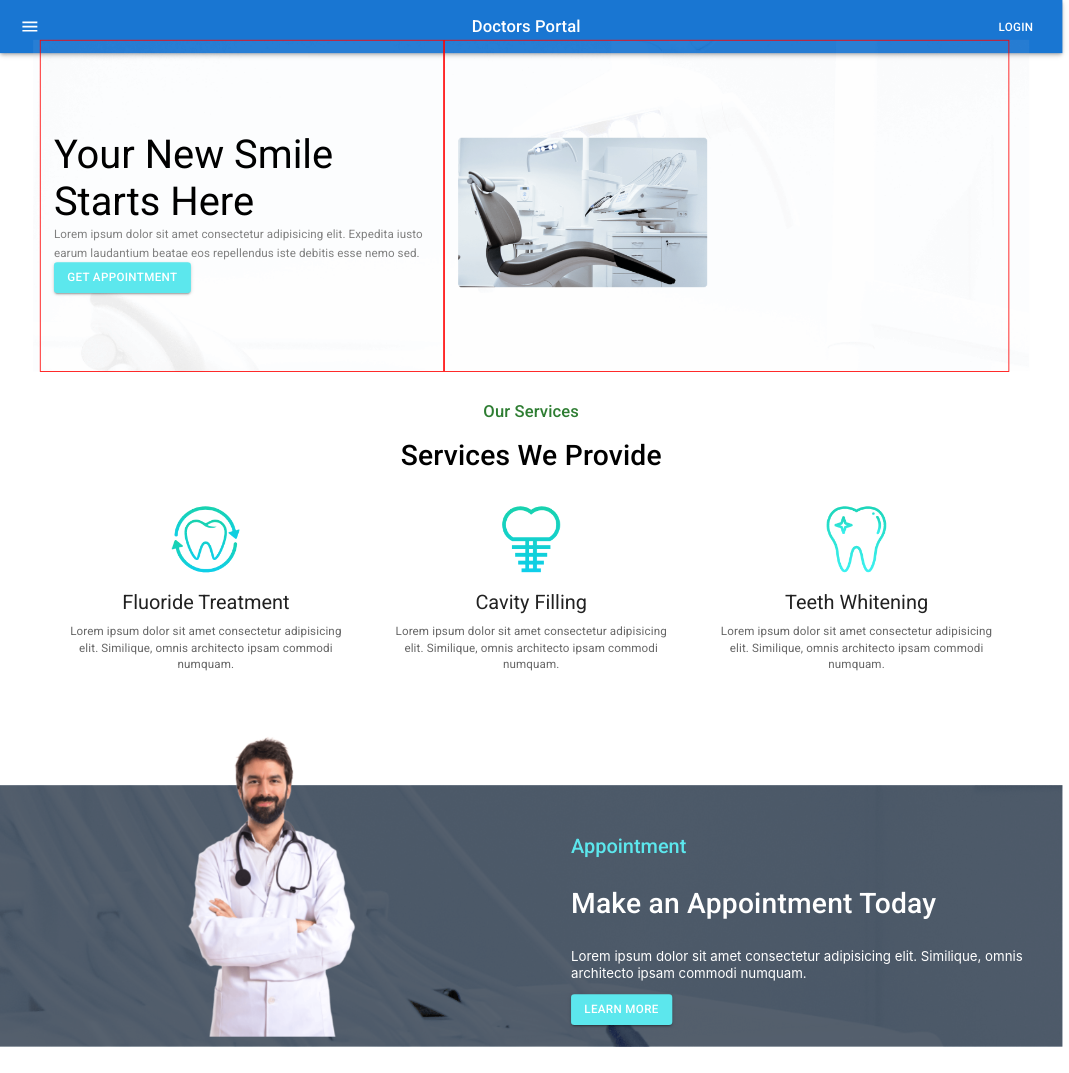
Repository: Sharif-00112/doctors-portal-client
Page: /
These files come from the project's save history. The page is drawn as it stood at one moment and after the next save; the edit follows.
The browser window is 1280 px wide. The page is 1288 px wide, so the pictures cover 1288 px, including what lies to the right of the window. The pictures show the whole page, at 83% of full size.
The project was rebuilt for these pictures with package versions that can differ from the ones it lists, and the page was loaded fresh each time.

Above is the page before, as saved 2022-11-01 22:38:11.

### public/index.html
<!DOCTYPE html>
<html lang="en">
  <head>
    <meta charset="utf-8" />
    <link rel="icon" href="%PUBLIC_URL%/favicon.ico" />
    <meta name="viewport" content="width=device-width, initial-scale=1" />
    <meta name="theme-color" content="#000000" />
    <meta
      name="description"
      content="Web site created using create-react-app"
    />
    <link
      rel="stylesheet" href="https://fonts.googleapis.com/css?family=Roboto:300,400,500,700&display=swap"
    />

    <link rel="apple-touch-icon" href="%PUBLIC_URL%/logo192.png" />
    <!--
      manifest.json provides metadata used when your web app is installed on a
      user's mobile device or desktop. See https://developers.google.com/web/fundamentals/web-app-manifest/
    -->
    <link rel="manifest" href="%PUBLIC_URL%/manifest.json" />
    <!--
      Notice the use of %PUBLIC_URL% in the tags above.
      It will be replaced with the URL of the `public` folder during the build.
      Only files inside the `public` folder can be referenced from the HTML.

      Unlike "/favicon.ico" or "favicon.ico", "%PUBLIC_URL%/favicon.ico" will
      work correctly both with client-side routing and a non-root public URL.
      Learn how to configure a non-root public URL by running `npm run build`.
    -->
    <title>React App</title>
  </head>
  <body>
    <noscript>You need to enable JavaScript to run this app.</noscript>
    <div id="root"></div>
    <!--
      This HTML file is a template.
      If you open it directly in the browser, you will see an empty page.

      You can add webfonts, meta tags, or analytics to this file.
      The build step will place the bundled scripts into the <body> tag.

      To begin the development, run `npm start` or `yarn start`.
      To create a production bundle, use `npm run build` or `yarn build`.
    -->
  </body>
</html>

### src/App.js
import './App.css';
import { BrowserRouter as Router, Route, Routes} from 'react-router-dom';
import Home from './Pages/Home/Home/Home';

function App() {
  return (
    <div className="App">
      <Router>
        {/* <Header></Header> */}
        <Routes>
          <Route exact path = '/' element={<Home/>}/>
          <Route exact path = '/home' element={<Home/>}/>
          <Route exact path = '*' element={<Home/>}/>
        </Routes>
        {/* <Footer></Footer> */}
      </Router>
    </div>
  );
}

export default App;

### src/Pages/Home/Home/Home.js
import React from 'react';
import Navigation from '../../Shared/Navigation/Navigation';
import AppointmentBanner from '../AppointmentBanner/AppointmentBanner';
import Banner from '../Banner/Banner';
import Services from '../Services/Services';

const Home = () => {
    return (
        <div>
            {/* <h2>This is Home</h2> */}
            <Navigation></Navigation>
            <Banner></Banner>
            <Services></Services>
            <AppointmentBanner></AppointmentBanner>
        </div>
    );
};

export default Home;

### src/Pages/Shared/Navigation/Navigation.js
import React from 'react';
import AppBar from '@mui/material/AppBar';
import Box from '@mui/material/Box';
import Toolbar from '@mui/material/Toolbar';
import Typography from '@mui/material/Typography';
import Button from '@mui/material/Button';
import IconButton from '@mui/material/IconButton';
import MenuIcon from '@mui/icons-material/Menu';

const Navigation = () => {
    return (
        <div>
            <Box sx={{ flexGrow: 1 }}>
                <AppBar position="static">
                    <Toolbar>
                        <IconButton
                            size="large"
                            edge="start"
                            color="inherit"
                            aria-label="menu"
                            sx={{ mr: 2 }}
                        >
                            <MenuIcon />
                        </IconButton>
                        <Typography variant="h6" component="div" sx={{ flexGrow: 1 }}>
                            Doctors Portal
                        </Typography>
                        <Button color="inherit">Login</Button>
                    </Toolbar>
                </AppBar>
            </Box>
        </div>
    );
};

export default Navigation;

### src/Pages/Home/AppointmentBanner/AppointmentBanner.js
import React from 'react';
import Box from '@mui/material/Box';
import Grid from '@mui/material/Unstable_Grid2';
import Typography from '@mui/material/Typography';

import doctor from '../../../images/images/doctor.png'
import bg from '../../../images/images/appointment-bg.png'
import { Button } from '@mui/material';

const appointmentBanner = {
    background: `url(${bg})`,
    marginTop: 100,
    backgroundColor: 'rgba(45, 58, 74, 0.8)',
    backgroundBlendMode: 'darken, luminosity'
}

const AppointmentBanner = () => {
    return (
        <div>
            <Box style={appointmentBanner} sx={{ flexGrow: 1, mb:5 }}>
                <Grid container spacing={2}>
                    <Grid xs={12} md={6}>
                        <img
                           style={{width: 400, marginTop: '-105px' }}
                        src={doctor} alt="" />
                    </Grid>

                    <Grid xs={12} md={6} sx={{
                        display: 'flex',
                        justifyContent: 'flex-start',
                        textAlign: 'left',
                        alignItems: 'center'
                        }}>
                        <Box sx={{pl: 5}}>
                            <Typography sx={{ mb: 2, mt: 4, fontWeight: 500 }} style={{color: '#5CE7ED'}} variant="h5" component="div">
                                Appointment
                            </Typography>
                            <Typography sx={{ mb: 2, mt: 4, fontWeight: 500 }} style={{color: 'white'}} variant="h4" component="div">
                                Make an Appointment Today
                            </Typography>
                            <Typography sx={{ mb: 2, mt: 4 }} style={{color: 'white'}} variant="" component="div">
                                Lorem ipsum dolor sit amet consectetur adipisicing elit. Similique, omnis architecto ipsam commodi numquam.
                            </Typography>
                            <Button variant="contained" style={{backgroundColor: '#5CE7ED'}}>Learn More</Button>
                        </Box>
                    </Grid>
                </Grid>
            </Box>
        </div>
    );
};

export default AppointmentBanner;

### src/Pages/Home/Banner/Banner.js
import React from 'react';
import Grid from '@mui/material/Grid';
import Typography from '@mui/material/Typography';
import { Box, Button, Container } from '@mui/material';

import chair from '../../../images/images/chair.png'
import bnBg from '../../../images/images/bg.png'

const bannerBg = {
    background: `url(${bnBg})`
}

const verticalCenter = {
    display: 'flex',
    alignItems: 'center',
    border: '1px solid red',
    height: 400
}

const Banner = () => {
    return (
        <div>
            <Container style={bannerBg} sx={{ flexGrow: 1 }}>
                <Grid container spacing={2}>
                    <Grid item style={{ ...verticalCenter, textAlign: 'left'}} xs={12} md={5}>
                        <Box>
                            <Typography sx={{ }} style={{color: 'black'}} variant="h3" component="div">
                                Your New Smile <br />
                                Starts Here
                            </Typography>
                            <Typography sx={{ fontSize: 14, fontWeight: 400, color: 'gray'}} variant="h6" component="div">
                                Lorem ipsum dolor sit amet consectetur adipisicing elit. Expedita iusto earum laudantium beatae eos repellendus iste debitis esse nemo sed.
                            </Typography>
                            <Button variant="contained" style={{backgroundColor: '#5CE7ED'}}>Get Appointment</Button>
                        </Box>
                    </Grid>
                    <Grid item xs={12} md={7} style={verticalCenter}>
                        <img style={{ width: '300px'}} src={chair} alt="" />
                    </Grid>
                </Grid>
            </Container>
        </div>
    );
};

export default Banner;

### src/Pages/Home/Services/Services.js
import React from 'react';
import Box from '@mui/material/Box';
import Grid from '@mui/material/Unstable_Grid2';
import Typography from '@mui/material/Typography';
import { Container } from '@mui/material';
import Service from '../Service/Service';

import fluoride from '../../../images/images/fluoride.png';
import cavity from '../../../images/images/cavity.png'
import whitening from '../../../images/images/whitening.png'

const services = [
    {
        name: 'Fluoride Treatment',
        description: 'Lorem ipsum dolor sit amet consectetur adipisicing elit. Similique, omnis architecto ipsam commodi numquam.',
        img: fluoride
    },
    {
        name: 'Cavity Filling',
        description: 'Lorem ipsum dolor sit amet consectetur adipisicing elit. Similique, omnis architecto ipsam commodi numquam.',
        img: cavity
    },
    {
        name: 'Teeth Whitening',
        description: 'Lorem ipsum dolor sit amet consectetur adipisicing elit. Similique, omnis architecto ipsam commodi numquam.',
        img: whitening
    }
]

const Services = () => {
    return (
        <div>
            <Box sx={{ flexGrow: 1 }}>
                <Container>
                    <Typography sx={{ mb: 2, mt: 4, fontWeight: 500, color: 'success.main' }} variant="h6" component="div">
                        Our Services
                    </Typography>
                    <Typography sx={{ mb: 3, fontWeight: 500 }} variant="h4" component="div">
                        Services We Provide
                    </Typography>

                    <Grid container spacing={{ xs: 2, md: 3 }} columns={{ xs: 4, sm: 8, md: 12 }}>
                        {
                            services.map(service => (
                                <Grid xs={2} sm={4} md={4} key={service.name}>
                                <Service
                                    key = {service.name}
                                    service = {service}
                                ></Service>
                            </Grid>
                            ))
                        }
                    </Grid>
                </Container>
            </Box>
        </div>
    );
};

export default Services;

### src/Pages/Home/Service/Service.js
import React from 'react';
import Card from '@mui/material/Card';
// import CardActions from '@mui/material/CardActions';
import CardContent from '@mui/material/CardContent';
// import Button from '@mui/material/Button';
import Typography from '@mui/material/Typography';
import CardMedia from '@mui/material/CardMedia';

const Service = (props) => {
    const {name, description, img} = props.service
    return (
        <div>
            <Card sx={{ minWidth: 275, border: 0, boxShadow: 0, mt: 1.5 }}>
                <CardMedia
                    component="img"
                    style={{width: 'auto', height: '80px', margin: '4px auto'}}
                    image={img}
                    alt={name}
                />
                <CardContent>
                    <Typography sx={{ mb: 1 }} variant="h5" component="div">
                        {name}
                    </Typography>
                    <Typography sx={{ mb: 1.5 }} variant="body2" color="text.secondary">
                        {description}
                    </Typography>
                </CardContent>
                {/* <CardActions>
                    <Button size="small">Learn More</Button>
                </CardActions> */}
            </Card>
        </div>
    );
};

export default Service;

Loaded but not shown: src/index.js (common file); src/index.css (common file); src/reportWebVitals.js (common file); src/App.css (common file)

After the next save:
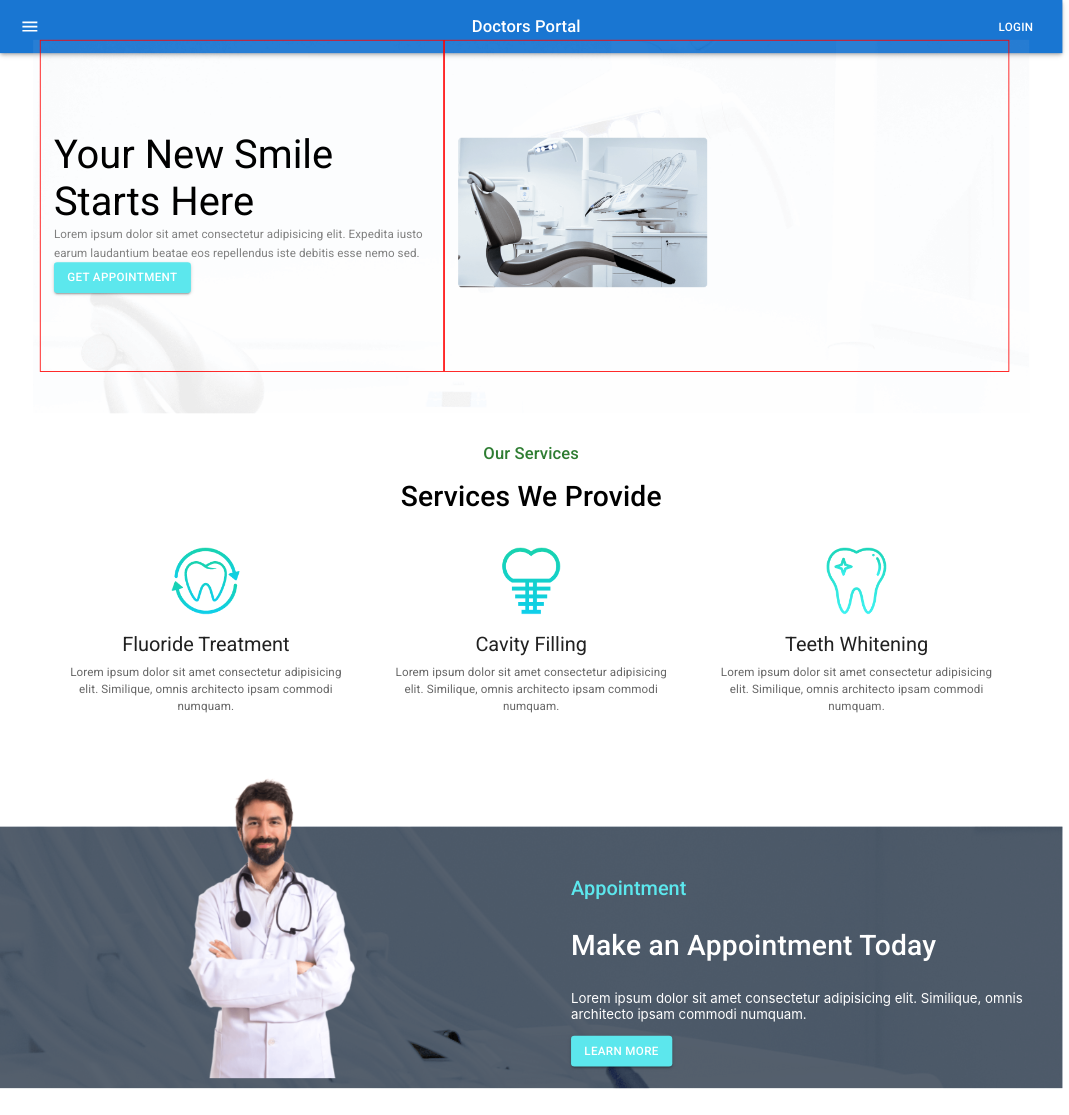
Saved 34 s later.
--- a/src/Pages/Home/Banner/Banner.js
+++ b/src/Pages/Home/Banner/Banner.js
@@ -7,7 +7,8 @@
 import bnBg from '../../../images/images/bg.png'
 
 const bannerBg = {
-    background: `url(${bnBg})`
+    background: `url(${bnBg})`,
+    height: 450
 }
 
 const verticalCenter = {

After the save that followed:
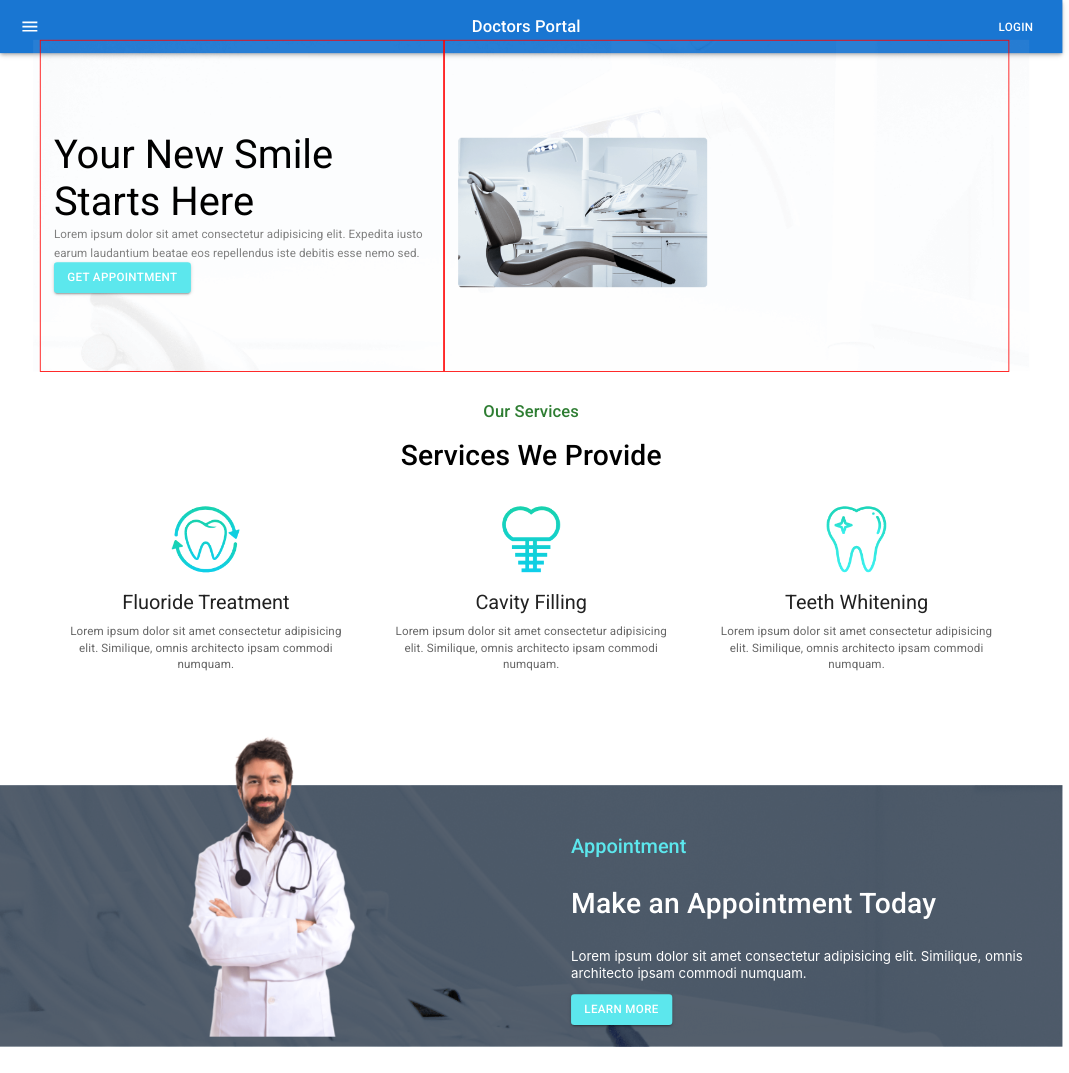
Saved 18 s later.
--- a/src/Pages/Home/Banner/Banner.js
+++ b/src/Pages/Home/Banner/Banner.js
@@ -7,8 +7,7 @@
 import bnBg from '../../../images/images/bg.png'
 
 const bannerBg = {
-    background: `url(${bnBg})`,
-    height: 450
+    background: `url(${bnBg})`
 }
 
 const verticalCenter = {
